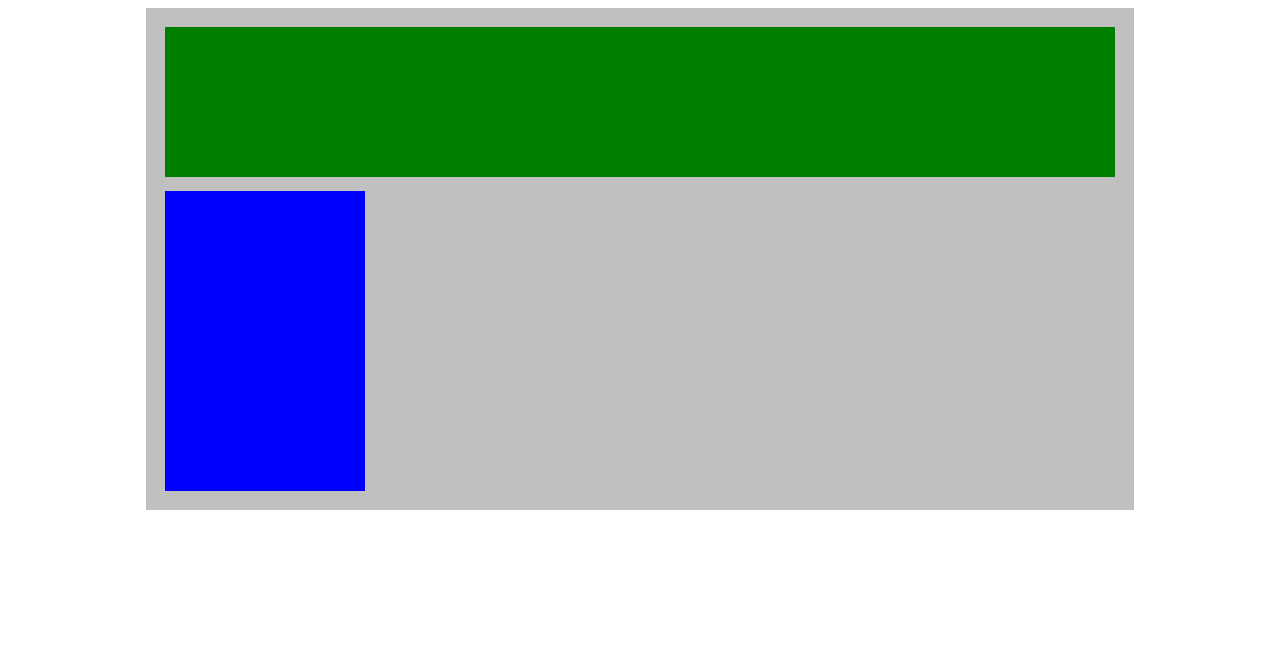
Repository: Fredy452/Fundamentos_de_la_Web
Page: Trabajos/Bloques-Flex/index.html
These files come from the project's save history. The page is drawn as it stood at one moment and after the next save; the edit follows.
The browser window is 1280 px wide. The pictures show the whole page.

Above is the page before, as saved 2023-06-16 18:14:43.

### Trabajos/Bloques-Flex/index.html
<!DOCTYPE html>
<html lang="en">
<head>
    <meta charset="UTF-8">
    <meta name="viewport" content="width=device-width, initial-scale=1.0">
    <title>Bloque usando flex</title>
    <link rel="stylesheet" href="style.css">
</head>
<body>
    <div class="container">
        <div class="top-nav"></div>
        <div class="row">
            <div class="side-nav"></div>
            <div class="main">
                <div class="row">
                    <div class="sub-content"></div>
                    <div class="sub-content"></div>
                    <div class="sub-content"></div>
                </div>
                <div id="advertisement"></div>
            </div>
        </div>
    </div>
</body>
</html>

### Trabajos/Bloques-Flex/style.css
.container{
    width: 950px;
    background-color:silver;
    margin: 0 auto;
    padding: 1.5%;
    display: flex;
    flex-direction: column;
}
.top-nav{
    height: 150px;
    width: 950px;
    background-color: green;
    margin-bottom: 1.5%;
}
.row{
    display: flex;
}
.side-nav{
    height: 300px;
    width: 200px;
    background-color: blue;
}

After the next save:
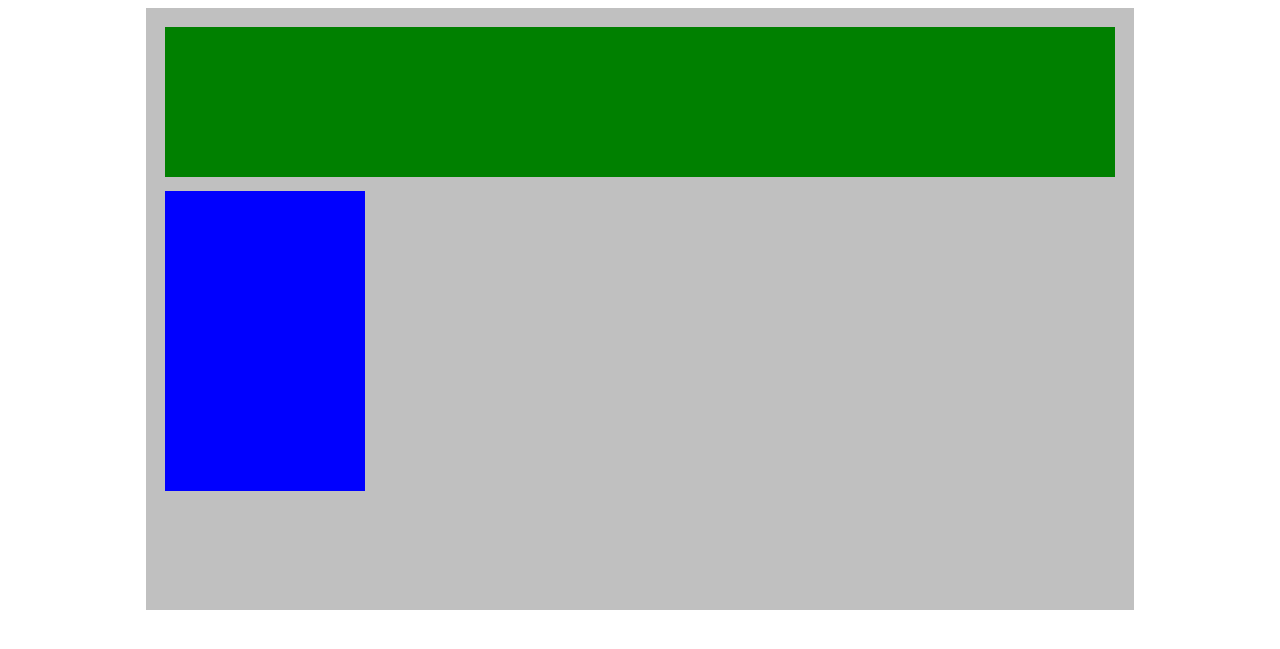
Saved 68 s later.
--- a/Trabajos/Bloques-Flex/style.css
+++ b/Trabajos/Bloques-Flex/style.css
@@ -20,3 +20,7 @@
     width: 200px;
     background-color: blue;
 }
+.main{
+    height: 400px;
+    width: 700px;
+}
